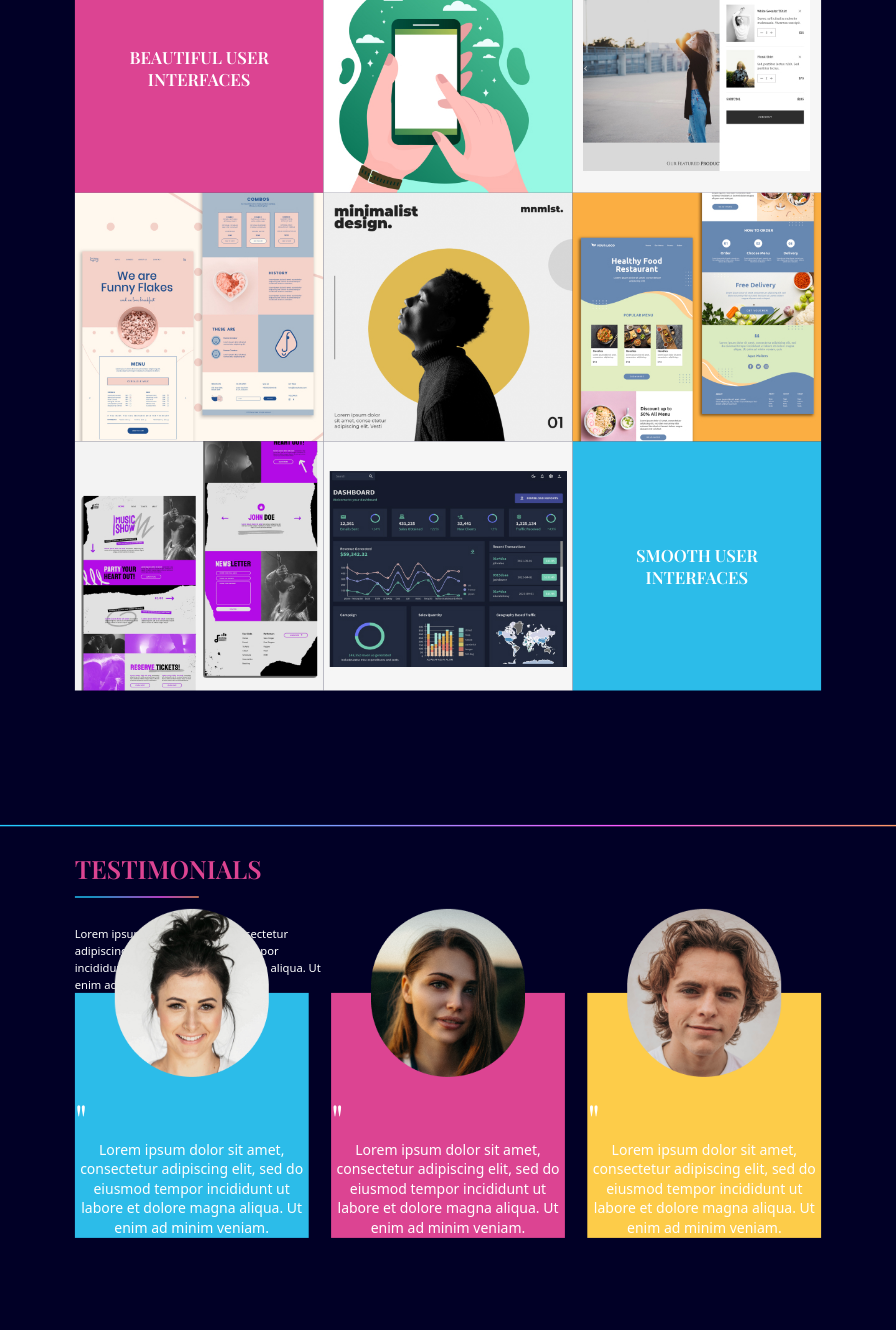
Repository: thibaultNicolas/portfolio-react
Page: /
An editor plug-in stored every save of this project. The page is shown before and after a run of saves, followed by the edit.
The browser window is 1280 px wide. The pictures show the part of the page from y = 2059 to 3979 px (the page is 3959 px tall before and 3979 px after), at 70% of full size.
The project was rebuilt for these pictures with package versions that can differ from the ones it lists, and the page was loaded fresh each time. Also part of the build but not shown: next.config.ts.

Above is the page before, as saved 2023-01-08 12:04:11.

After the next 2 saves:
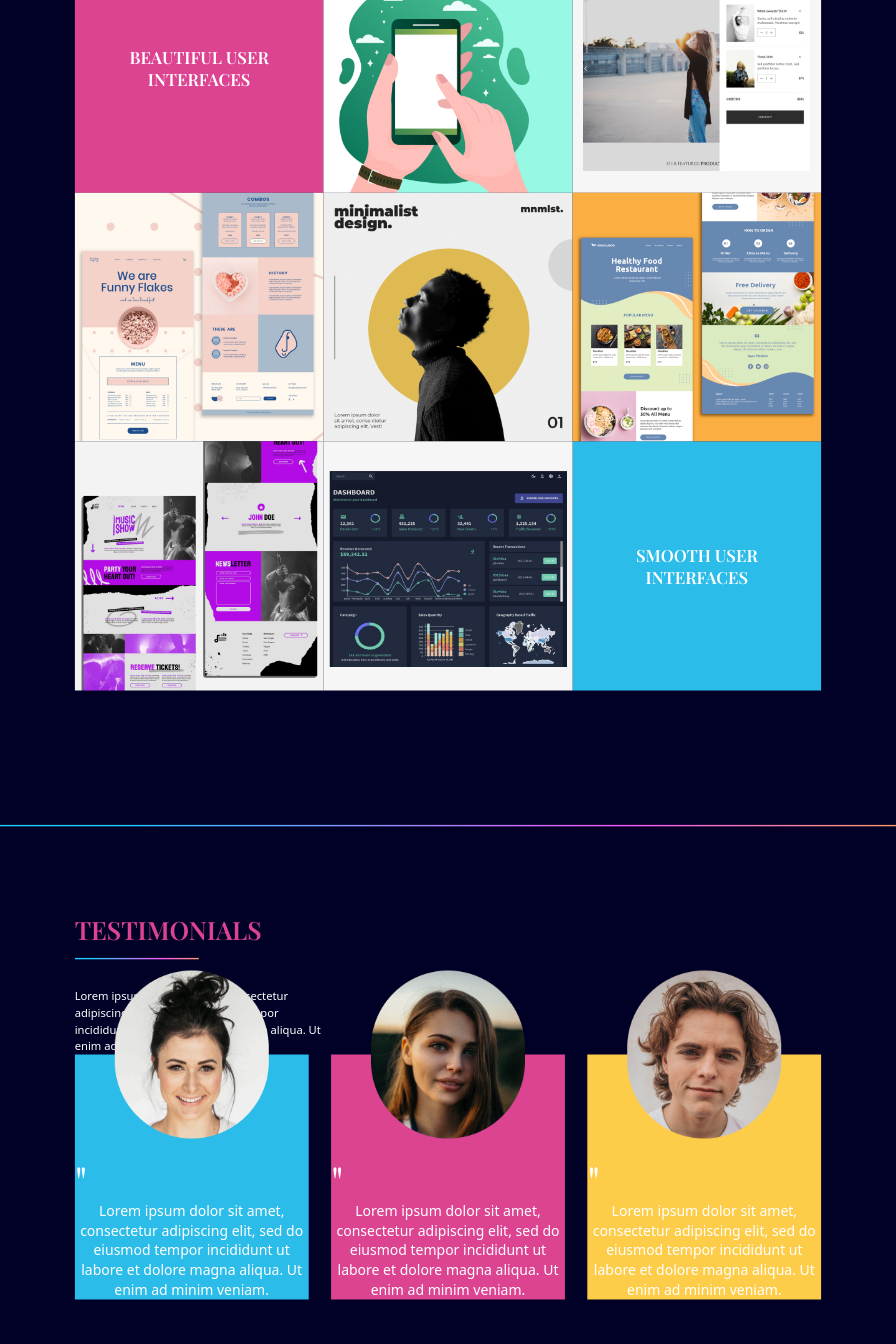
The 2 saves are shown as one change because they came seconds apart.
The last was saved 55 s later.
--- a/src/scenes/Testimonials.jsx
+++ b/src/scenes/Testimonials.jsx
@@ -5,7 +5,7 @@ const Testimonials = () => {
     const testimonialsStyles = `mx-auto relative max-w-[400px] h-[350px] flex flex-col justify-end pt-16 ,t-48 before:absolute before:top-[-120px] before:-ml-[110px] before:left-1/2`;
 
     return (
-        <section id="testimonials" className="pt-10 pb-24">
+        <section id="testimonials" className="pt-32 pb-16">
             {/* HEADING */}
 
             <motion.div
